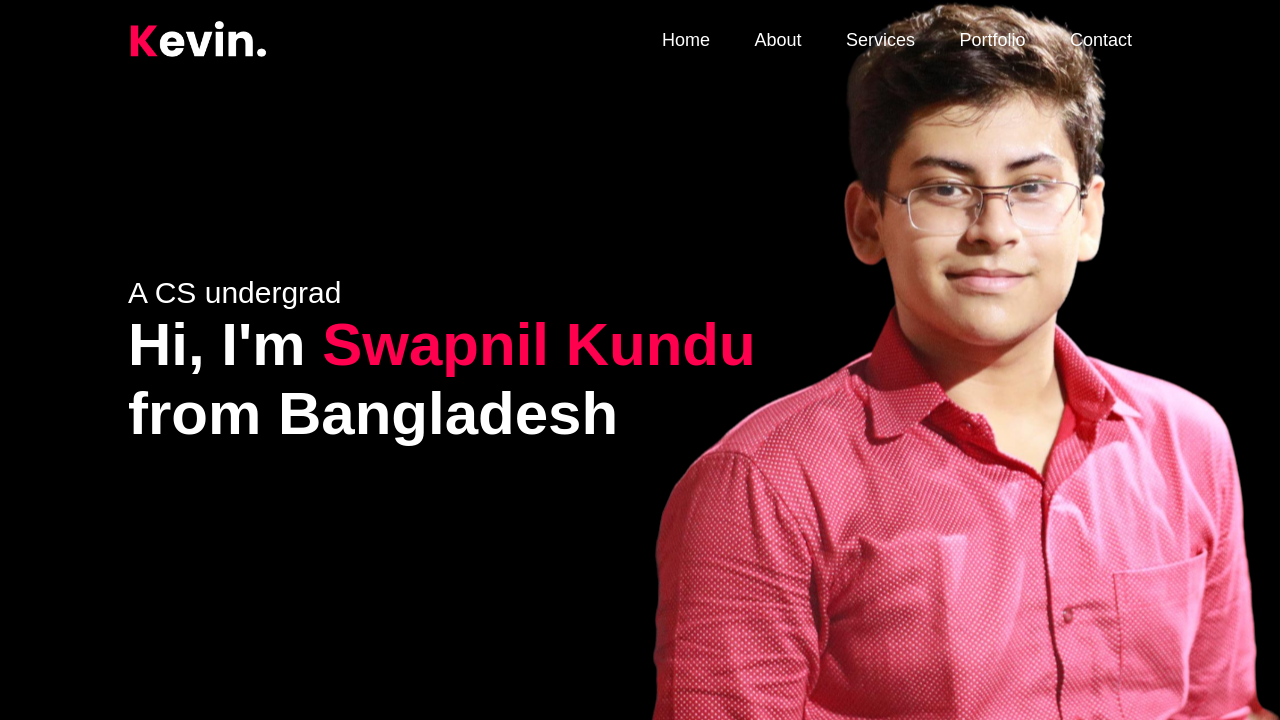
Repository: SwapnilKundu/portfolio
Page: index.html
The author's editor kept a copy of each file at every save. The page is drawn from the files as they stood at one save, then again after the next save.
The browser window is 1280 px wide. The pictures show the whole page.

Above is the page before, as saved 2024-01-19 03:13:36.

After the next save:
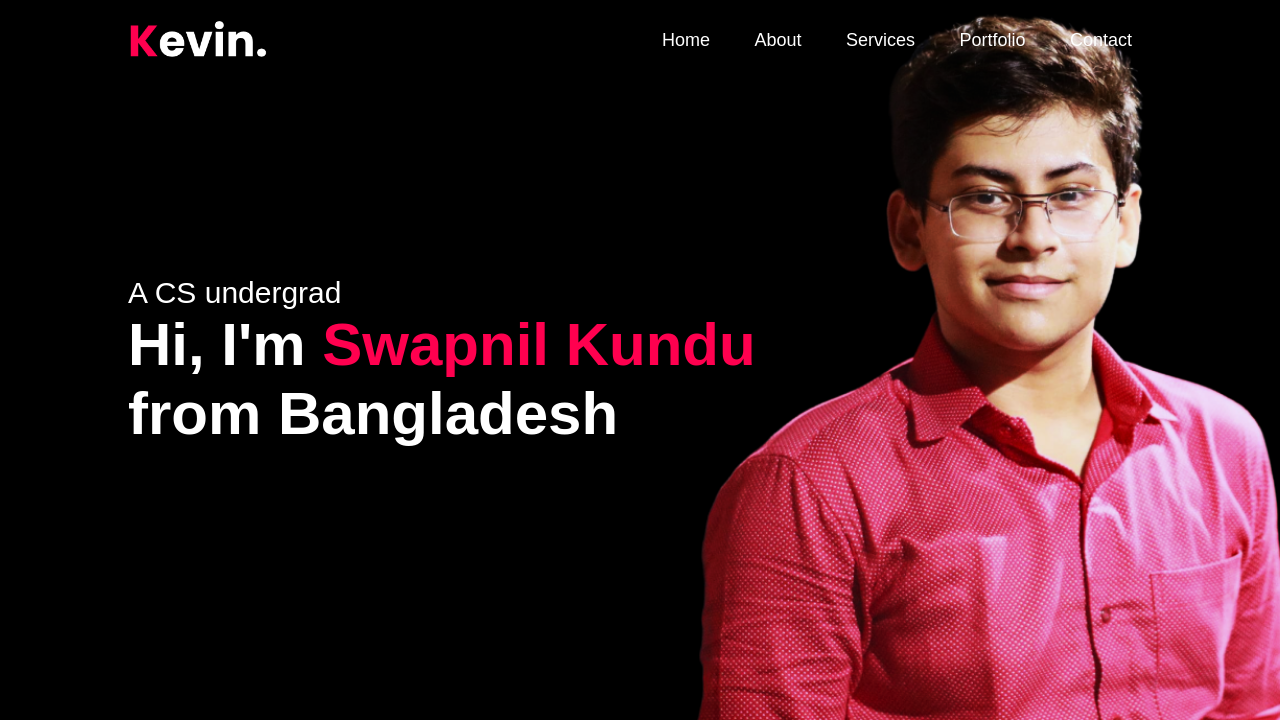
Saved 2 min 0 s later.
--- a/style.css
+++ b/style.css
@@ -15,7 +15,7 @@ body
 {
     width: 100%;
     height: 100vh;
-    background-image: url(images/cc1.png);
+    background-image: url(images/ccc2.png);
     background-size: cover;
     background-position: left;
     background-repeat: no-repeat;
